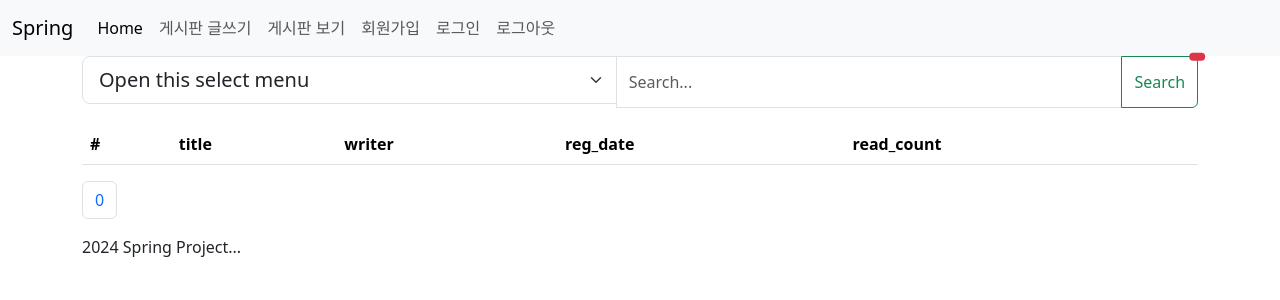
Repository: wanted2001/jsp_project
Page: http://localhost/spring_study/WEB-INF/views/board/list.jsp
These files come from the project's save history. The page is drawn as it stood at one moment and after the next save; the edit follows.
The browser window is 1280 px wide. The pictures show the whole page.
The page is served by Tomcat 9. Nobody is signed in. The template is opened directly, without the code that normally fills it, so the values that code supplies are empty.

Above is the page before, as saved 2024-04-25 02:44:34.

After the next save:
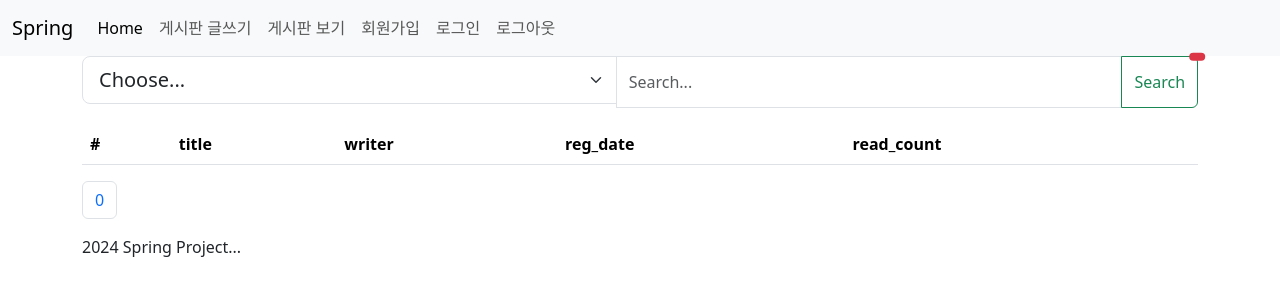
Saved 14 s later.
--- a/spring_study/src/main/webapp/WEB-INF/views/board/list.jsp
+++ b/spring_study/src/main/webapp/WEB-INF/views/board/list.jsp
@@ -8,7 +8,7 @@
 		<div class="input-group mb-3">
 			<select class="form-select form-select-lg mb-1"
 				aria-label="Large select example" name = "type">
-				<option selected>Open this select menu</option>
+				<option selected>Choose...</option>
 				<option value="t">title</option>
 				<option value="w">writer</option>
 				<option value="c">content</option>
